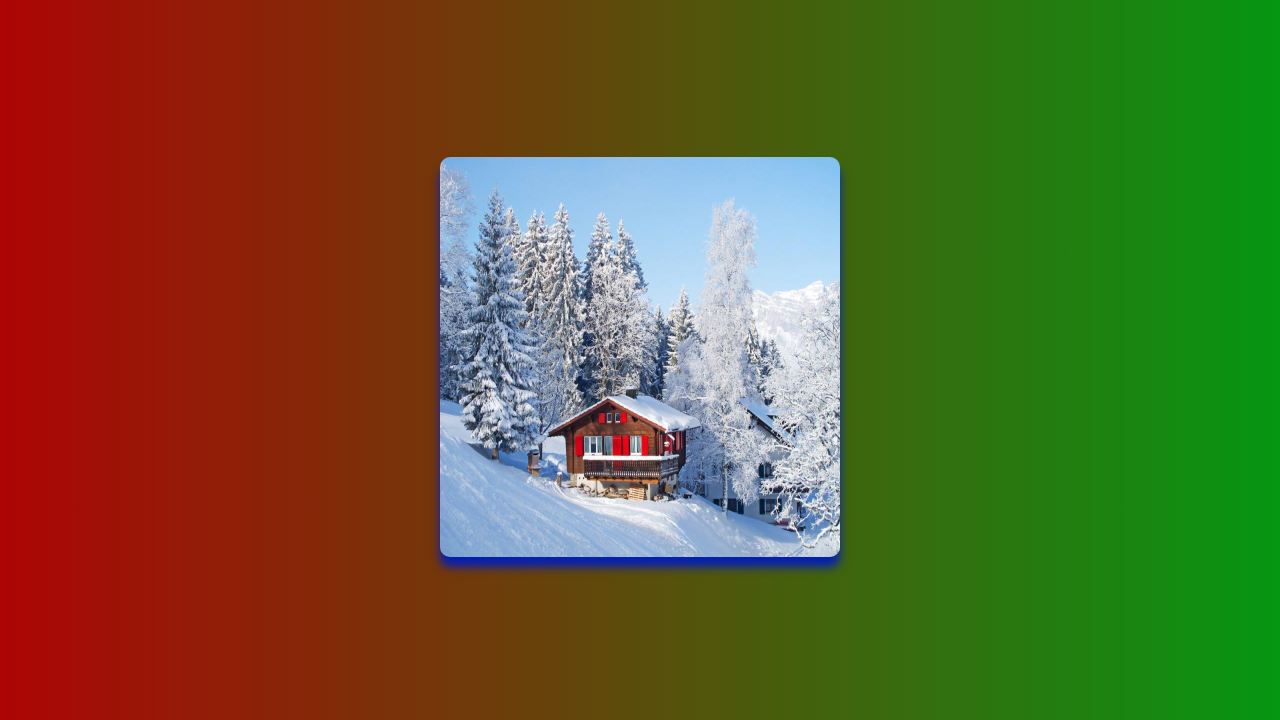
Repository: dev-ashik/Halloween
Page: Reg Page/Index.html
An editor plug-in stored every save of this project. The page is shown before and after the next save, followed by the edit.
The browser window is 1280 px wide. The pictures show the whole page.

Above is the page before, as saved 2021-12-21 21:48:25.

### Reg Page/Index.html
<!DOCTYPE html>
<html lang="en">

<head>
    <meta charset="UTF-8">
    <meta http-equiv="X-UA-Compatible" content="IE=edge">
    <meta name="viewport" content="width=device-width, initial-scale=1.0">
    <title>Regristration page</title>
    <link rel="stylesheet" href="CSS/main.css">
</head>

<body>
    <div class="con">
        <div class="bann">
            <img src="IMG/banner.jpg" alt="">
        </div>
        <div class="form"></div>
    </div>
</body>
<script src="JS/main.js"></script>

</html>

### Reg Page/CSS/main.css
@import url('https://fonts.googleapis.com/css2?family=Poppins:wght@200;300;400;500;600;700&display=swap');
@import url('https://fonts.googleapis.com/css2?family=Poppins:wght@200;300;400;500;600;700&display=swap');
* {
    margin: 0;
    padding: 0;
    box-sizing: border-box;
    font-family: 'Poppins', sans-serif;
}

html,
body {
    display: grid;
    height: 100vh;
    width: 100%;
    place-items: center;
    background: linear-gradient(to right, #ad0505 0%, #069612 100%);
}

::selection {
    background: #ff80bf;
}

.con .bann img {
    width: 400px;
    height: 400px;
    border-radius: 10px;
    box-shadow: 0 10px 10px #051fb4;
}

Loaded but not shown: Reg Page/JS/main.js (no stored copy; drawn as an empty file)

After the next save:
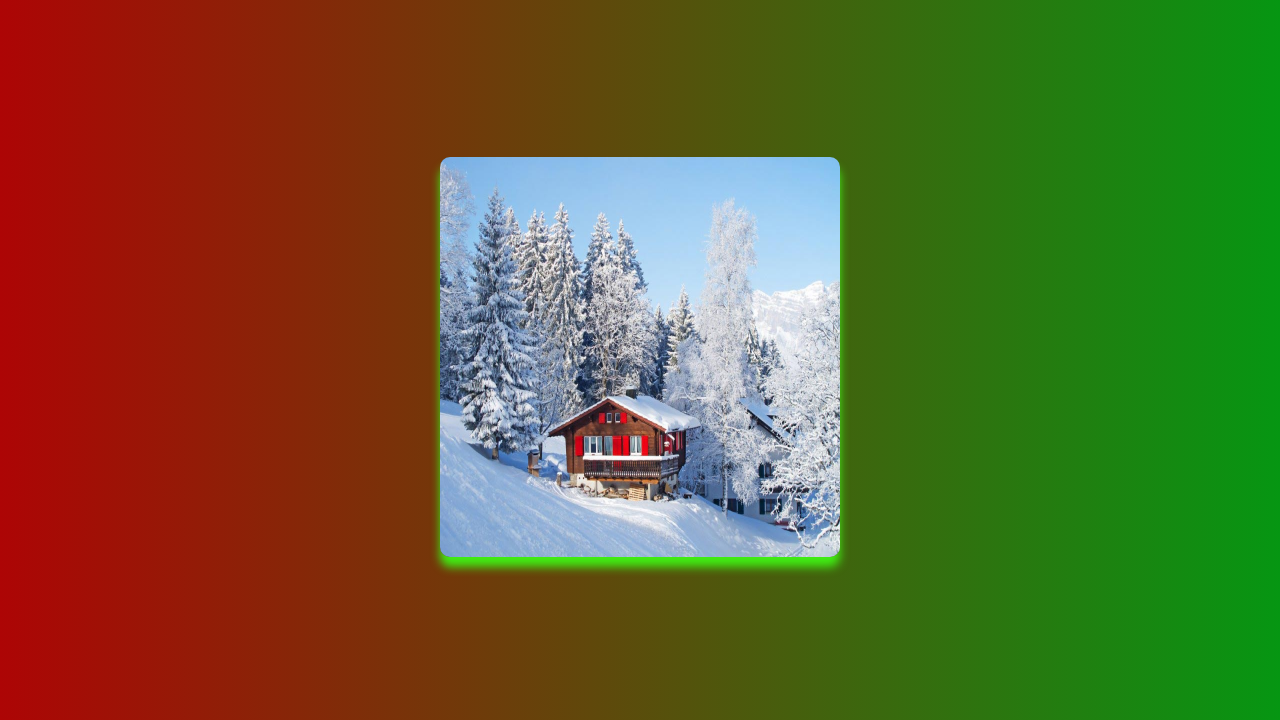
Saved 22 s later.
--- a/Reg Page/CSS/main.css
+++ b/Reg Page/CSS/main.css
@@ -24,5 +24,5 @@ body {
     width: 400px;
     height: 400px;
     border-radius: 10px;
-    box-shadow: 0 10px 10px #051fb4;
+    box-shadow: 0 10px 10px #40ee14;
 }
